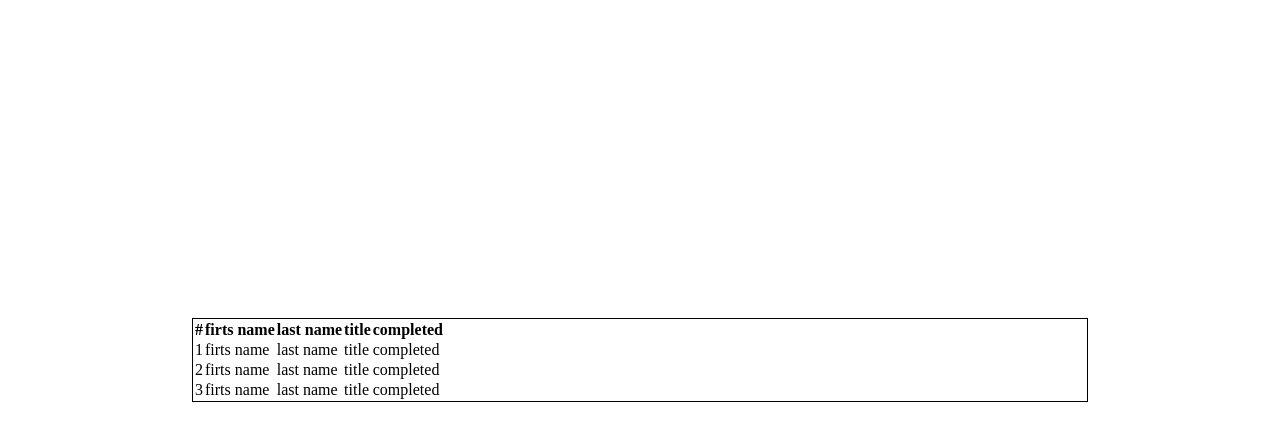
Repository: beva3/myCodepen
Page: table/index.html
These files come from the project's save history. The page is drawn as it stood at one moment and after the next save; the edit follows.
The browser window is 1280 px wide. The pictures show the whole page.

Above is the page before, as saved 2024-05-11 10:51:12.

### table/index.html
<!DOCTYPE html>
<html lang="en">
<head>
    <meta charset="UTF-8">
    <link rel="stylesheet" href="style.css">
    <meta name="viewport" content="width=device-width, initial-scale=1.0">
    <title>tableau</title>
</head>
<body>
    <section class="content">
        <table>
            <thead>
                <tr>
                   <th>#</th>
                   <th>firts name</th>
                   <th>last name</th>
                   <th>title</th>
                   <th>completed</th>
                </tr>
            </thead>
            <tbody>
                <tr>
                    <td>1</td>
                    <td>firts name</td>
                    <td>last name</td>
                    <td>title</td>
                    <td>completed</td>
                </tr>
                <tr>
                    <td>2</td>
                    <td>firts name</td>
                    <td>last name</td>
                    <td>title</td>
                    <td>completed</td>
                </tr>
                <tr>
                    <td>3</td>
                    <td>firts name</td>
                    <td>last name</td>
                    <td>title</td>
                    <td>completed</td>
                </tr>
            </tbody>
        </table>
    </section>
</body>
</html>

### table/style.css
*{
    margin: 0;
    padding: 0;
    box-sizing: border-box;
}
body{
    height: 100vh;
    display: flex;
    justify-content: center;
    align-items: center;
    background: ;
}
.content{
    border: 1px solid black;
    width: 70vw;
}

After the next save:
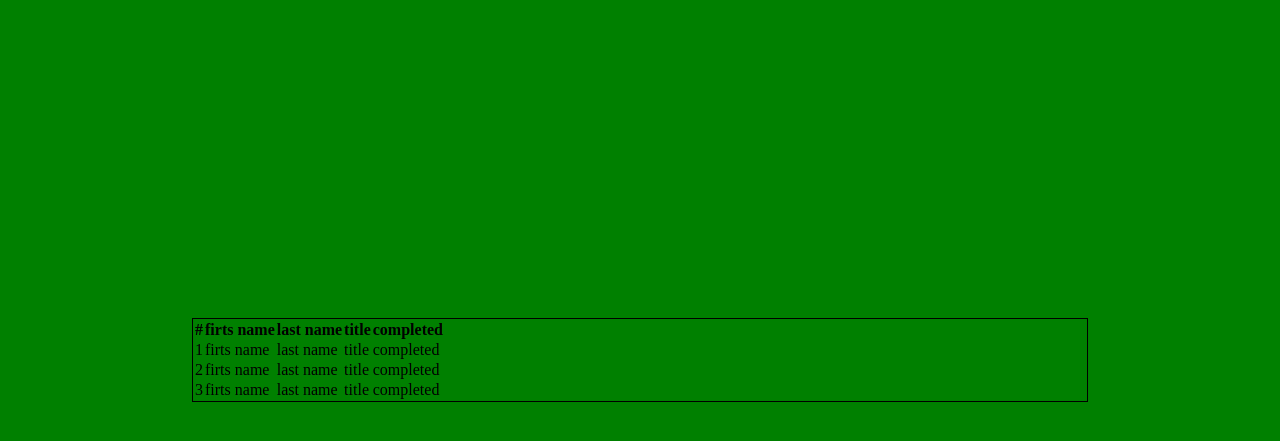
Saved 5 s later.
--- a/table/style.css
+++ b/table/style.css
@@ -8,7 +8,7 @@ body{
     display: flex;
     justify-content: center;
     align-items: center;
-    background: ;
+    background: green;
 }
 .content{
     border: 1px solid black;
